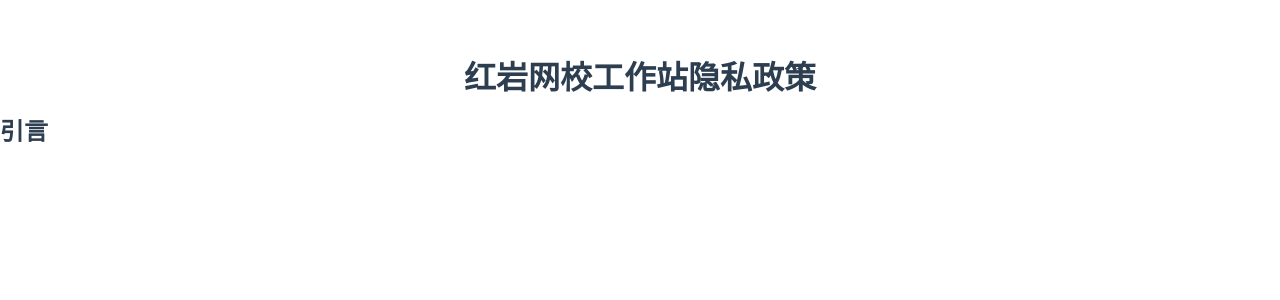
Repository: zl-mdc/privacy-policy
Page: /
The author's editor kept a copy of each file at every save. The page is drawn from the files as they stood at one save, then again after the next save.
The browser window is 1280 px wide. The pictures show the whole page.
The project was rebuilt for these pictures with package versions that can differ from the ones it lists, and the page was loaded fresh each time.

Above is the page before, as saved 2020-09-17 15:29:10.

### src/main.js
import Vue from 'vue'
import App from './App.vue'
import 'normalize.css'

Vue.config.productionTip = false

new Vue({
  render: h => h(App),
}).$mount('#app')

### src/App.vue
<template>
  <div id="app">
    <Info />
  </div>
</template>

<script>
import Info from './components/Info';

export default {
  name: 'App',
  components: {
    Info
  }
}
</script>

<style>
#app {
  font-family: Avenir, Helvetica, Arial, sans-serif;
  -webkit-font-smoothing: antialiased;
  -moz-osx-font-smoothing: grayscale;
  text-align: center;
  color: #2c3e50;
  margin-top: 60px;
}
</style>

### src/components/Info.vue
<!--
 * @Author: Code_Master
 * @Date: 2020-09-17 15:00:51
 * @LastEditTime: 2020-09-17 15:29:10
 * @LastEditors: Code_Master
 * @FilePath: /privacy-policy/src/components/Info.vue
 * @Description: The first 90% of the code accounts for the first 90% of the development time. The remaining 10% of the code accounts for the other 90% of the development time.
-->
<template>
    <div id="info">
          <h1>红岩网校工作站隐私政策</h1>
          <h2>引言</h2>
    </div>
</template>

<script>
export default {
    name: "Info",
}
</script>

<style>
    #info {
    }
    h2 {
        text-align: left;
    }
</style>

Loaded but not shown: public/index.html (common file)

After the next save:
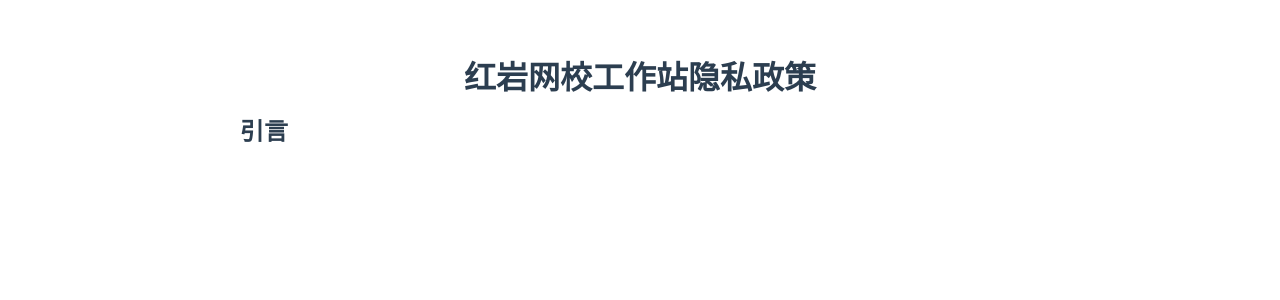
Saved 31 s later.
--- a/src/components/Info.vue
+++ b/src/components/Info.vue
@@ -1,7 +1,7 @@
 <!--
  * @Author: Code_Master
  * @Date: 2020-09-17 15:00:51
- * @LastEditTime: 2020-09-17 15:29:10
+ * @LastEditTime: 2020-09-17 15:29:41
  * @LastEditors: Code_Master
  * @FilePath: /privacy-policy/src/components/Info.vue
  * @Description: The first 90% of the code accounts for the first 90% of the development time. The remaining 10% of the code accounts for the other 90% of the development time.
@@ -21,6 +21,8 @@ export default {
 
 <style>
     #info {
+        width: 800px;
+        margin: 0 auto;
     }
     h2 {
         text-align: left;
